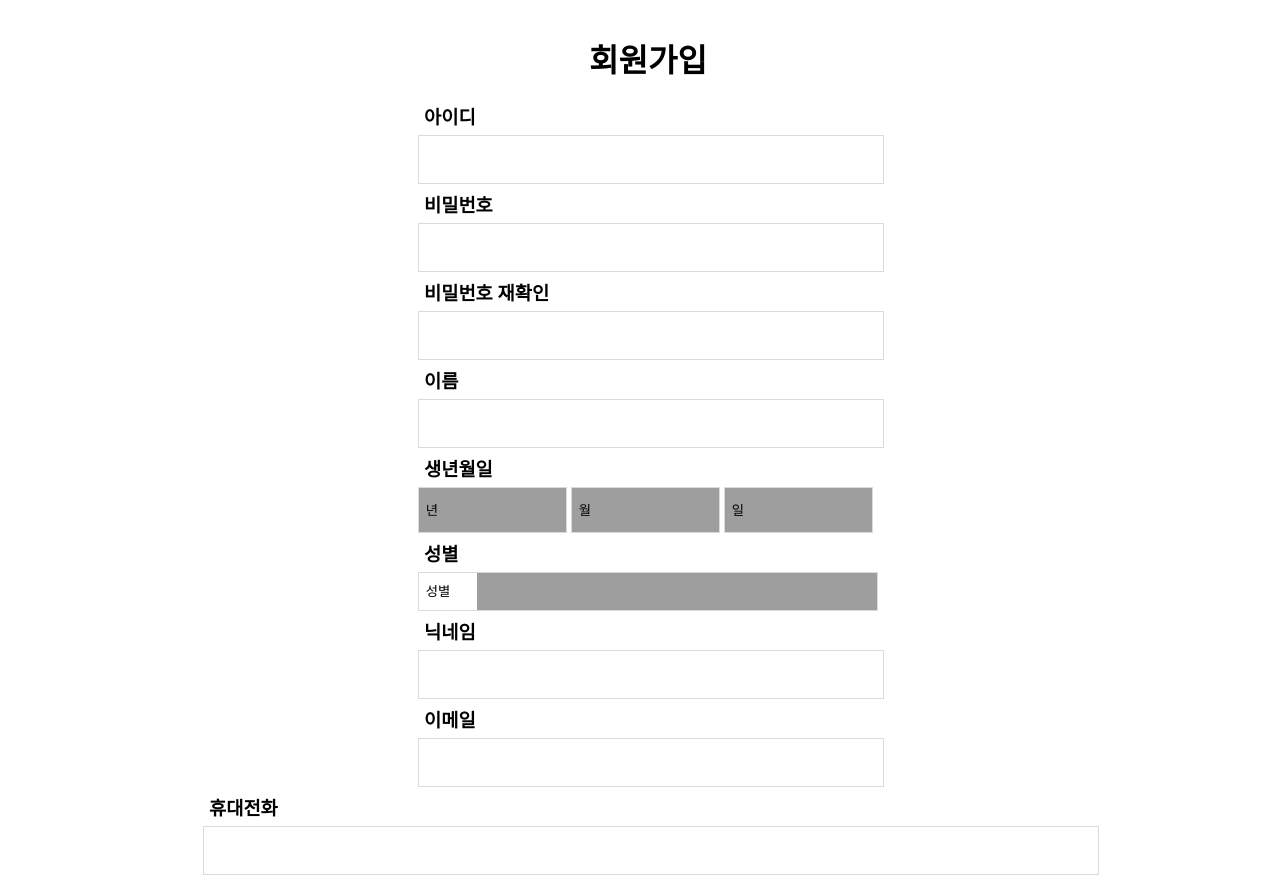
Repository: agheha/trillion
Page: YH/login/login.html
The author's editor kept a copy of each file at every save. The page is drawn from the files as they stood at one save, then again after the next save.
The browser window is 1280 px wide. The page is 1288 px wide, so the pictures cover 1288 px, including what lies to the right of the window. The pictures show the whole page.
Pictures or frames that could not be fetched are drawn as grey boxes.

Above is the page before, as saved 2019-09-03 19:03:19.

After the next save:
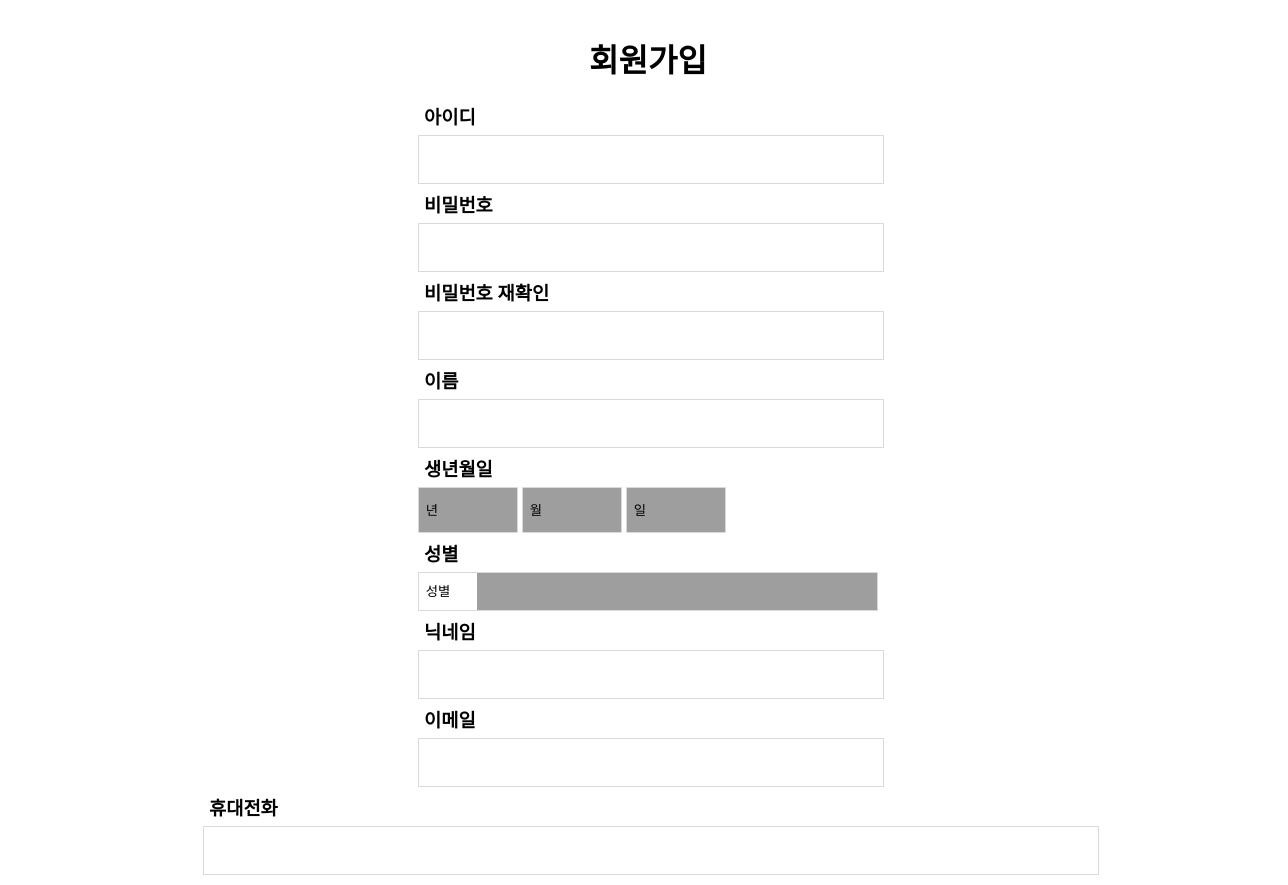
Saved 38 s later.
--- a/YH/login/login.css
+++ b/YH/login/login.css
@@ -22,7 +22,7 @@
     appearance: none;
 }
 #birth_year,#birth_month,#birth_date {
-    width: 149px;
+    width: 100px;
     height: 46px;
     border: 1px solid #dadada;
     padding: .8em .5em;

After the save that followed:
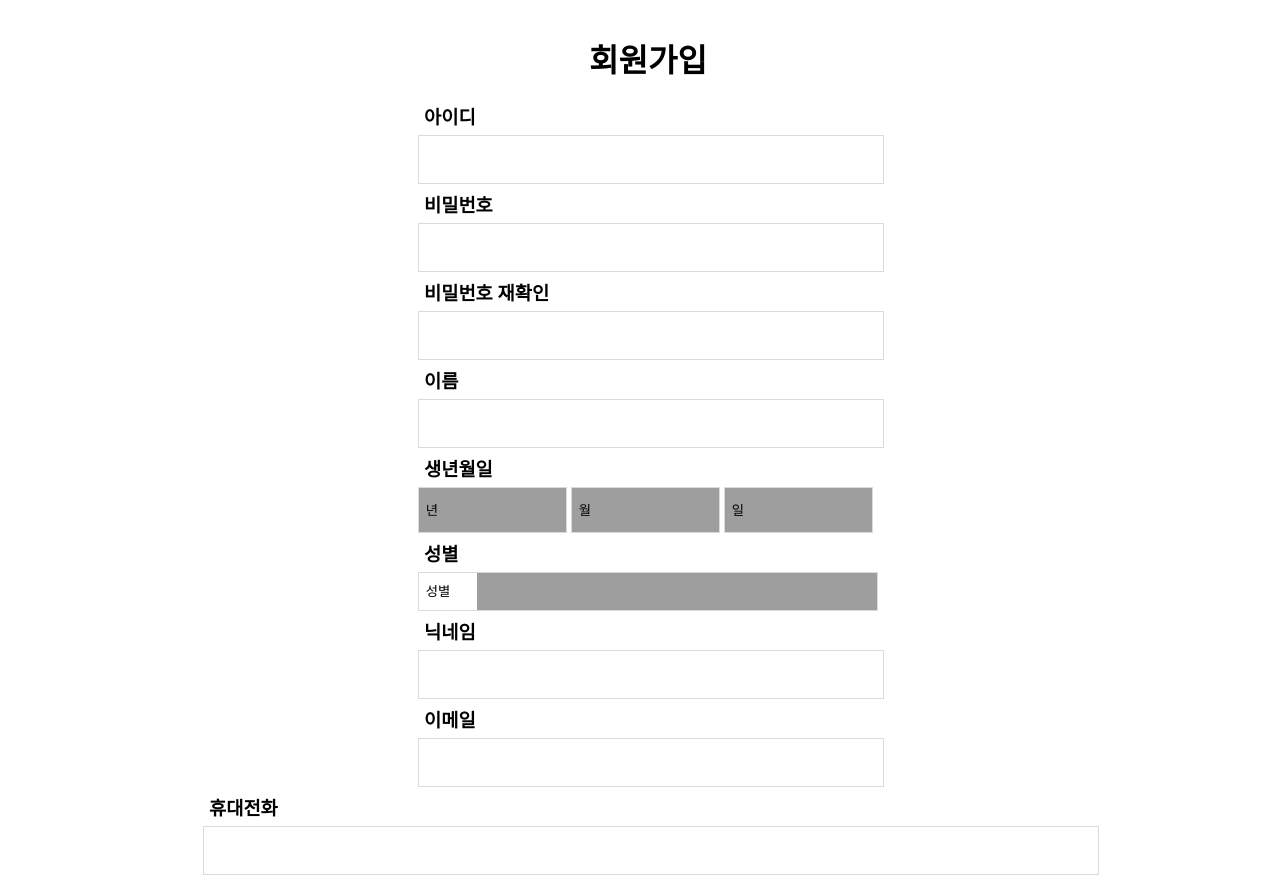
Saved 4 s later.
--- a/YH/login/login.css
+++ b/YH/login/login.css
@@ -22,7 +22,7 @@
     appearance: none;
 }
 #birth_year,#birth_month,#birth_date {
-    width: 100px;
+    width: 149px;
     height: 46px;
     border: 1px solid #dadada;
     padding: .8em .5em;
